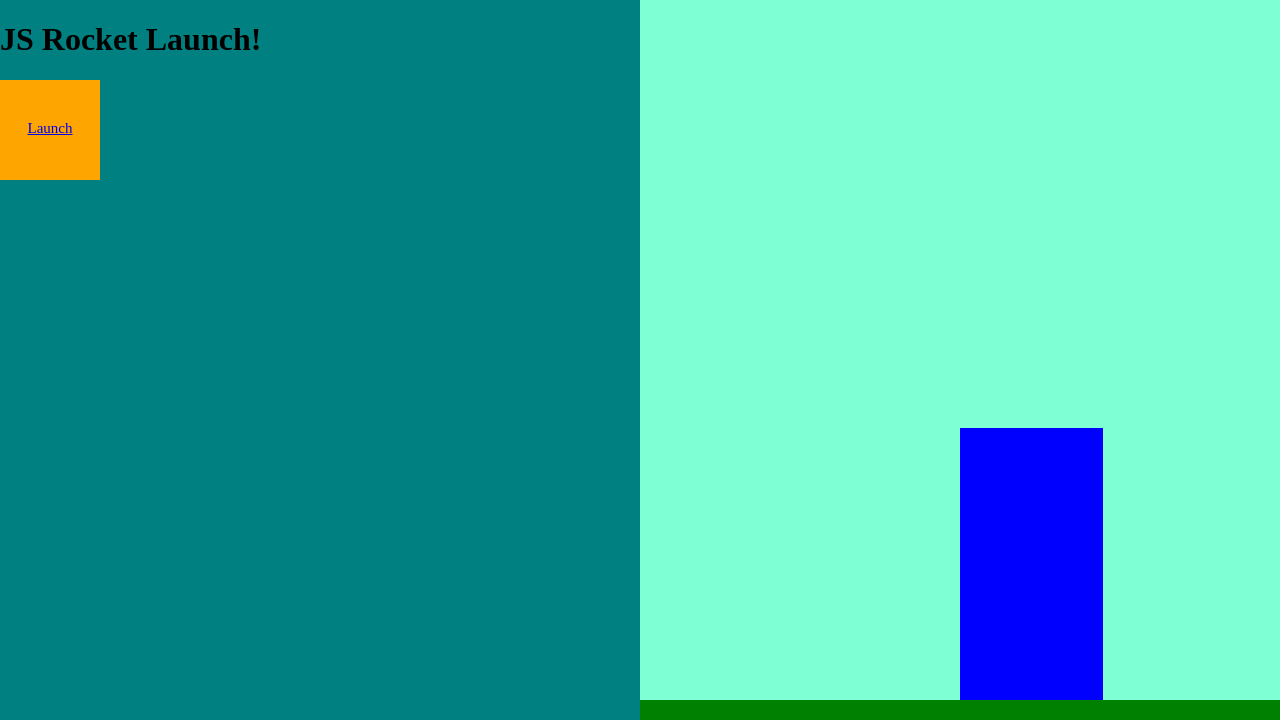
Repository: alcarrizo/Rocket-launch
Page: index.html
An editor plug-in stored every save of this project. The page is shown before and after the next save, followed by the edit.
The browser window is 1280 px wide. The pictures show the whole page.

Above is the page before, as saved 2022-10-20 15:59:49.

### index.html
<!DOCTYPE html>
<html lang="en">
<head>
    <meta charset="UTF-8">
    <meta http-equiv="X-UA-Compatible" content="IE=edge">
    <meta name="viewport" content="width=device-width, initial-scale=1.0">
    <title>Rocket Launch sequence</title>
    <script type="text/javascript" src="js/script.js"> </script>
    <link rel="stylesheet" href="css/style.css">
</head>
<body class="body-state1" id="body">
    <div class="left">
        <div class="state1">
            <h1>JS Rocket Launch!</h1>
            <a href="#" class="button" onclick="changeState(2);">Launch</a>
        </div>
        <div class="state2">
            <h1 class="countdown" id="countdown">10</h1>
            <a href="#" class="button" onclick="changeState(1);">Abort</a>
        </div>
        <div class="state3">
            <h1>Lift Off!</h1>
        </div>
        <div class="state4">
            <h1>Well done!</h1>
            <a href="#" class="button" onclick="changeState(1);">Do it again</a>
        </div>
        <div class="state5">
            <h1>Oh No!!!!</h1>
            <a href="#" class="button" onclick="changeState(1);">Try Again!</a>
        </div>
    </div>

    <div class="right">
        <div class="rocket" id="rocket"></div>
        <div class="ground"></div>
    </div>
</body>
</html>

### js/script.js
/*var countDown = function (i) {
    console.log(i)
    setTimeout(function () {
        i--
        document.getElementById("countdown").innerHTML = i;
        if (document.getElementById('body').className != 'body-state1') {
            if (i > 0) {
                countDown(i)
            }
            else {
                changeState(3)
            }
        }

    }, 1000)
}*/
var timer = null;
var CountDownNum = 10;
var changeState = function (state) {
    document.body.className = 'body-state' + state;
    clearInterval(timer);
    if (state != 2 && document.getElementById('countdown').innerHTML != 10) {
        CountDownNum = 10;
        document.getElementById('countdown').innerHTML = CountDownNum;
    }
    if (state == 2) {
        timer = setInterval(() => {
            CountDownNum -= 1;
            document.getElementById('countdown').innerHTML = CountDownNum;

            if (CountDownNum <= 0) {
                changeState(3);

            }
        }, 200);
    }
    else if (state == 3) {
        var success = setTimeout(() => {
            var randomNum = Math.round(Math.random() * 10)
            //success
            console.log('random number: ' + randomNum)
            if (randomNum > 5) {
                changeState(4)
            }
            else {
                //fail
                changeState(5)
            }

        }, 2000);
    }
    // if (state == 1) {
    //     document.body.className = 'body-state1'
    // }
    // else if (state == 2) {
    //     document.body.className = 'body-state2'
    //     countDown(10)
    //     // for (let i = 10; i >= 0; i--) {
    //     //     setTimeout()
    //     //     document.getElementById("countdown").innerHTML = i;
    //     // }
    // }
    // else if (state == 3) {
    //     document.body.className = 'body-state3'
    //     document.getElementById('rocket').className = 'rocket flying';
    // }
    // else if (state == 4) {
    //     document.body.className = 'body-state4'
    // }
    // else {
    //     document.body.className = 'body-state5'
    // }
    // for (let i = 10; i >= 0; i--) {
    //     bdy.content = i;
    // }
    //document.getElementById('rocket').className = 'rocket flying';
}

### css/style.css
body {
    position: relative;
}

.left {
    position: fixed;
    box-sizing: border-box;
    width: 50%;
    height: 100%;
    top: 0;
    left: 0;
    background-color: teal;
}

.right {
    position: fixed;
    box-sizing: border-box;
    width: 50%;
    height: 100%;
    top: 0;
    right: 0;
    background-color: aquamarine;
}

.rocket {
    position: absolute;
    left: 50%;
    bottom: 20px;
    width: 20px;
    height: 100px;
    background-color: blue;
    transition: bottom 10s;

}

.body-state1 .rocket {
    transition: none;
    width: 143px;
    height: 272px;
    background-image: url("../img/rocket-state1.png") no-repeat 0 0;
    background-size: 100%;
}

.body-state3 .rocket,
.body-state4 .rocket {
    bottom: 1000px;
}


.ground {
    background-color: green;
    position: absolute;
    bottom: 0;
    left: 0;
    width: 100%;
    height: 20px;
}

a {}

a.button {
    display: block;
    box-sizing: border-box;
    text-align: center;
    padding-top: 40px;
    height: 100px;
    width: 100px;
    font-size: 15px;
    background-color: orange;

}

.state1,
.state2,
.state3,
.state4,
.state5 {
    display: none;
}

body.body-state1 .state1 {
    display: block;
}

body.body-state2 .state2 {
    display: block;
}

body.body-state3 .state3 {
    display: block;
}

body.body-state4 .state4 {
    display: block;
}

body.body-state5 .state5 {
    display: block;
}

After the next save:
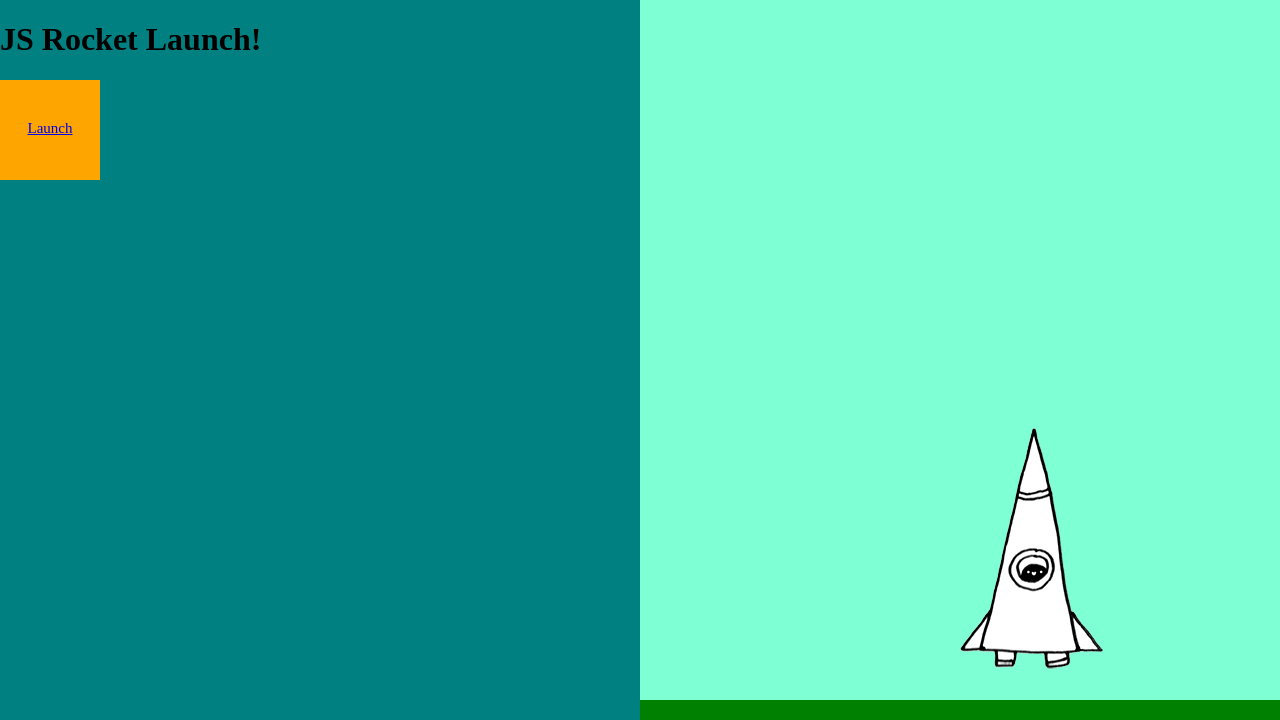
Saved 32 s later.
--- a/css/style.css
+++ b/css/style.css
@@ -37,8 +37,9 @@ body {
     transition: none;
     width: 143px;
     height: 272px;
-    background-image: url("../img/rocket-state1.png") no-repeat 0 0;
+    background: url("../img/rocket-state1.png") no-repeat 0 0;
     background-size: 100%;
+
 }
 
 .body-state3 .rocket,
